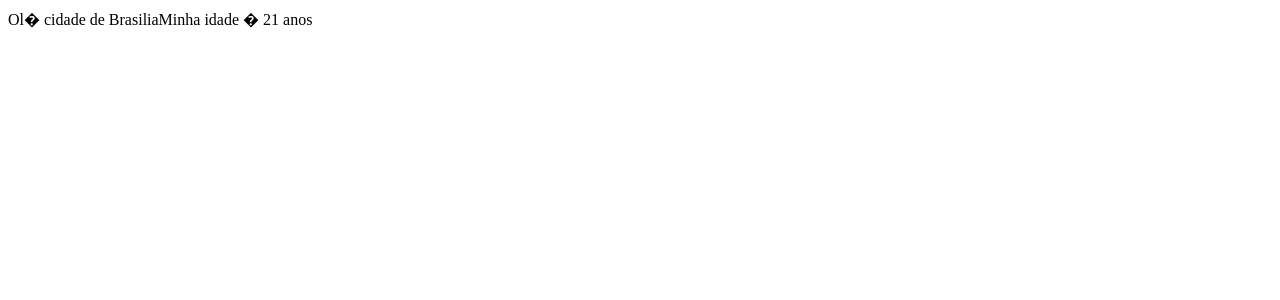
Repository: jpaulopd/PHP
Page: http://localhost/strings.php
These files come from the project's save history. The page is drawn as it stood at one moment and after the next save; the edit follows.
The browser window is 1280 px wide. The pictures show the whole page.
The page is run by PHP 8.4 with error messages shown; the project is at /var/www/html/.

Above is the page before, as saved 2019-05-22 12:52:50.

After the next save:
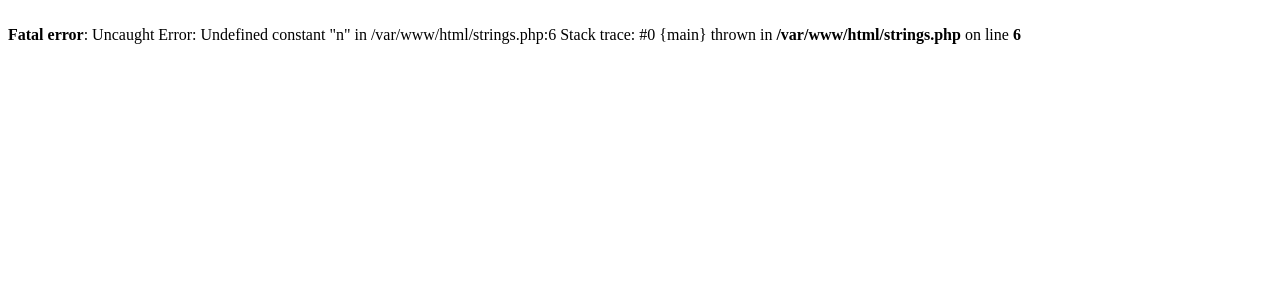
Saved 116 s later.
--- a/eclipsePhp-workspace/php-primeiros-passos/strings.php
+++ b/eclipsePhp-workspace/php-primeiros-passos/strings.php
@@ -3,6 +3,6 @@
 $cidade = "Brasilia";
 $idade = 21;
 
-echo 'Olá cidade de ' . $cidade ;
+echo 'Olá cidade de ' . $cidade . \n;
 
-echo "Minha idade é  $idade  anos" ;
+echo "Minha idade é  $idade  anos \n" ;
